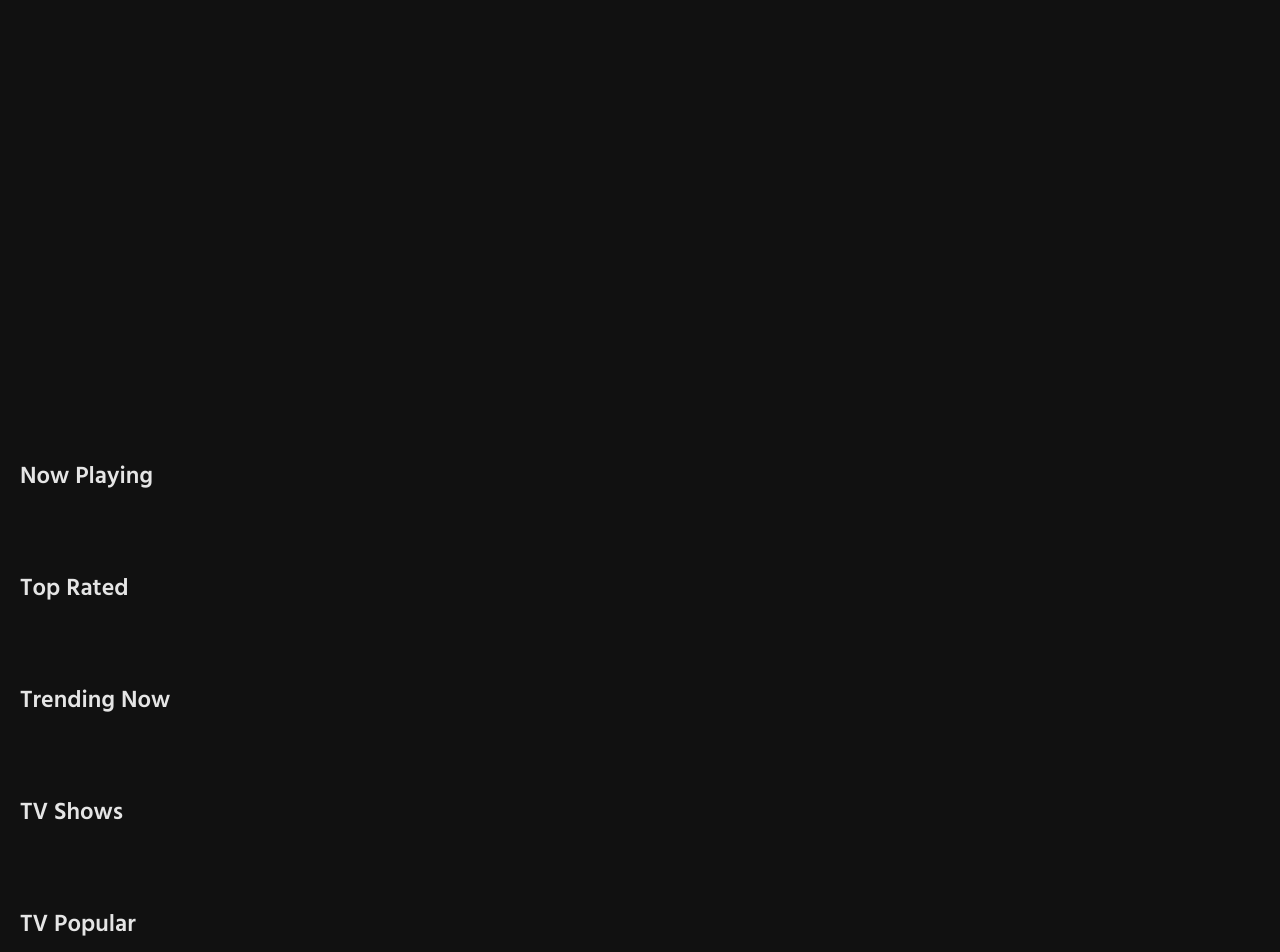
Repository: quynguyenn97/react-movie-app
Page: /
The author's editor kept a copy of each file at every save. The page is drawn from the files as they stood at one save, then again after the next save.
The browser window is 1280 px wide. The pictures show the part of the page from y = 379 to 1331 px (the page is 2012 px tall).
The page's requests for data from a server got no answer. The project was rebuilt for these pictures with package versions that can differ from the ones it lists, and the page was loaded fresh each time. No one was signed in, and anything a server would have sent is missing. Also part of the build but not shown: src/banner/Banner.scss, src/hook/useDebounce.js, src/components/button/Button.js, src/components/shows/ShowsCard.js, src/pages/ShowPage.js, src/pages/ShowDetailPage.js, src/components/movie/MovieCard.scss.

Above is the page before, as saved 2022-10-19 18:37:39.

### public/index.html
<!DOCTYPE html>
<html lang="en">
    <head>
        <meta charset="utf-8" />
        <link rel="icon" href="%PUBLIC_URL%/favicon.ico" />
        <meta name="viewport" content="width=device-width, initial-scale=1" />
        <meta name="theme-color" content="#000000" />
        <meta
            name="description"
            content="Web site created using create-react-app" />
        <link rel="apple-touch-icon" href="%PUBLIC_URL%/logo192.png" />
        <!--
      manifest.json provides metadata used when your web app is installed on a
      user's mobile device or desktop. See https://developers.google.com/web/fundamentals/web-app-manifest/
    -->
        <link rel="manifest" href="%PUBLIC_URL%/manifest.json" />
        <!--
      Notice the use of %PUBLIC_URL% in the tags above.
      It will be replaced with the URL of the `public` folder during the build.
      Only files inside the `public` folder can be referenced from the HTML.

      Unlike "/favicon.ico" or "favicon.ico", "%PUBLIC_URL%/favicon.ico" will
      work correctly both with client-side routing and a non-root public URL.
      Learn how to configure a non-root public URL by running `npm run build`.
    -->
        <link rel="preconnect" href="https://fonts.googleapis.com" />
        <link rel="preconnect" href="https://fonts.gstatic.com" crossorigin />
        <link
            href="https://fonts.googleapis.com/css2?family=Hind:wght@400;500;600&display=swap"
            rel="stylesheet" />
        <title>React App</title>
    </head>
    <body>
        <noscript>You need to enable JavaScript to run this app.</noscript>
        <div id="root"></div>
        <!--
      This HTML file is a template.
      If you open it directly in the browser, you will see an empty page.

      You can add webfonts, meta tags, or analytics to this file.
      The build step will place the bundled scripts into the <body> tag.

      To begin the development, run `npm start` or `yarn start`.
      To create a production bundle, use `npm run build` or `yarn build`.
    --></body>
</html>

### src/index.js
import React from "react";
import ReactDOM from "react-dom/client";
import "./index.scss";
import App from "./App";
import reportWebVitals from "./reportWebVitals";
import { BrowserRouter } from "react-router-dom";

const root = ReactDOM.createRoot(document.getElementById("root"));
root.render(
    <BrowserRouter>
        <React.StrictMode>
            <App />
        </React.StrictMode>
    </BrowserRouter>
);

// If you want to start measuring performance in your app, pass a function
// to log results (for example: reportWebVitals(console.log))
// or send to an analytics endpoint. Learn more: https://bit.ly/CRA-vitals
reportWebVitals();

### src/index.scss
@tailwind base;
@tailwind components;
@tailwind utilities;

@layer base {
    body {
        @apply bg-[#111111] font-body   text-white;
    }
}
@layer components {
    .page-container {
        max-width: 1280px;
        @apply mx-auto;
    }
    .movie-list .swiper-slide {
        width: 300px;
        height: auto;
    }
    .banner .swiper {
        height: 100%;
    }
    .btn {
        box-shadow: 0 0 3px 3px rgba(#fc2872, 0.3);
    }
    .btn-custom {
        background: linear-gradient(107.61deg, #00a7b4 15.59%, #a4d96c 87.25%);
        border-radius: 8px;
        box-shadow: 0 0 3px 3px rgba(#a4d96c, 0.3);
    }
    .contact :hover {
        color: #a4d96c;
    }
}
.pagination {
    display: none;
}
.skeleton {
    background-color: #eee;
    background-image: linear-gradient(
        110deg,
        #ececec 8%,
        #f5f5f5 18%,
        #ececec 33%
    );
    background-size: 200% 100%;
    animation: 1.5s shine linear infinite;
}

@keyframes shine {
    to {
        background-position-x: -200%;
    }
}
@media (min-width: 640px) {
    .pagination {
        display: flex;
        align-items: center;
        justify-content: center;
        gap: 20px;
        .selected {
            @apply text-primary;
        }
    }
}

### src/App.js
import { Fragment, lazy, Suspense } from "react";
import Banner from "./banner/Banner";
import "swiper/scss";
import "swiper/css/autoplay";
import { Route, Routes } from "react-router-dom";
import Main from "./layout/Main";
import ShowPage from "./pages/ShowPage";
import ShowDetailsPage from "./pages/ShowDetailPage";
const HomePage = lazy(() => import("./pages/HomePage"));
const MovieDetailsPage = lazy(() => import("./pages/MovieDetailsPage"));
const MoviePage = lazy(() => import("./pages/MoviePage"));

function App() {
    return (
        <Fragment>
            <Suspense fallback={<></>}>
                <Routes>
                    <Route element={<Main></Main>}>
                        <Route
                            path="/"
                            element={
                                <>
                                    <Banner></Banner>
                                    <HomePage></HomePage>
                                </>
                            }></Route>
                        <Route
                            path="/movies"
                            element={<MoviePage></MoviePage>}></Route>
                        <Route
                            path="/movie/:movieId"
                            element={
                                <MovieDetailsPage></MovieDetailsPage>
                            }></Route>
                        <Route
                            path="/shows"
                            element={<ShowPage></ShowPage>}></Route>
                        <Route
                            path="/show/:showId"
                            element={
                                <ShowDetailsPage></ShowDetailsPage>
                            }></Route>
                    </Route>
                </Routes>
            </Suspense>
        </Fragment>
    );
}

export default App;

### src/layout/Main.js
import React, { Fragment } from "react";
import Header from "./Header";
import { Outlet } from "react-router-dom";
const Main = () => {
    return (
        <Fragment>
            <Header></Header>
            <Outlet></Outlet>
        </Fragment>
    );
};

export default Main;

### src/pages/HomePage.js
import React, { Fragment } from "react";
import MovieList from "../components/movie/MovieList";
import ShowsList from "../components/shows/ShowsList";
import Footer from "../layout/Footer";
const HomePage = () => {
    return (
        <Fragment>
            <section className="movies-layout px-5 pb-20">
                <h2 className="text-[#e5e5e5] capitalize text-2xl  sm:text-2xl font-bold">
                    Now playing
                </h2>
                <MovieList></MovieList>
                <div className="movie-list grid grid-cols-4 gap-10 px-5"></div>
            </section>
            <section className="movies-layout px-5 pb-20">
                <h2 className="text-[#e5e5e5] capitalize  text-2xl sm:text-2xl font-bold">
                    Top Rated
                </h2>
                <MovieList type="top_rated"></MovieList>
            </section>
            <section className="movies-layout px-5 pb-20">
                <h2 className="text-[#e5e5e5] capitalize text-2xl sm:text-2xl font-bold">
                    Trending Now
                </h2>
                <MovieList type="popular"></MovieList>
            </section>

            <section className="movies-layout px-5 pb-20">
                <h2 className="text-[#e5e5e5] capitalizetext-2xl sm:text-2xl font-bold">
                    TV Shows
                </h2>
                <ShowsList></ShowsList>
            </section>
            <section className="movies-layout px-5 pb-20">
                <h2 className="text-[#e5e5e5] capitalize text-2xl sm:text-2xl font-bold">
                    TV Popular
                </h2>
                <ShowsList type="popular"></ShowsList>
            </section>
            <section className="movies-layout px-5 pb-20">
                <h2 className="text-[#e5e5e5] capitalize text-2xl sm:text-2xl font-bold">
                    TV On The Air
                </h2>
                <ShowsList type="on_the_air"></ShowsList>
            </section>
            <Footer />
        </Fragment>
    );
};

export default HomePage;

### src/config.js
export const fetcher = (...args) => fetch(...args).then((res) => res.json());
export const apiKey = "5b6bd71d2eb24fb649d55629a64802ff";
const tmdbEndpoint = "https://api.themoviedb.org/3/movie";
const tmdbEndpointTV = "https://api.themoviedb.org/3/tv";
const tmdbEndpointSearch = "https://api.themoviedb.org/3/search/movie";
const tmdbEndpointSearchTV = "https://api.themoviedb.org/3/search/tv";
export const tmdbAPI = {
    getMovieList: (type, page = 2) =>
        `${tmdbEndpoint}/${type}?api_key=${apiKey}&page=${page}`,
    getMovieDetails: (movieId) =>
        `${tmdbEndpoint}/${movieId}?api_key=${apiKey}`,
    getMovieMeta: (movieId, type) =>
        `${tmdbEndpoint}/${movieId}/${type}?api_key=${apiKey}`,
    getMovieSearch: (query, page) =>
        `${tmdbEndpointSearch}?api_key=${apiKey}&query=${query}&page=${page}`,
    getTVList: (type, page = 1) =>
        `${tmdbEndpointTV}/${type}?api_key=${apiKey}&page=${page}`,
    getTVSearch: (query, page) =>
        `${tmdbEndpointSearchTV}?api_key=${apiKey}&query=${query}&page=${page}`,
    getTVDetails: (showId) => `${tmdbEndpointTV}/${showId}?api_key=${apiKey}`,
    getTVMeta: (showId, type) =>
        `${tmdbEndpointTV}/${showId}/${type}?api_key=${apiKey}`,

    imageOriginal: (url) => `https://image.tmdb.org/t/p/original/${url}`,
    image500: (url) => `https://image.tmdb.org/t/p/w500/${url}`,
};

### src/components/movie/MovieList.js
import React, { useEffect, useState } from "react";
import { SwiperSlide, Swiper } from "swiper/react";
import useSWR from "swr";
import { fetcher } from "../../config";
import MovieCard, { MovieCardSkeleton } from "./MovieCard";
import { tmdbAPI } from "../../config";

const MovieList = ({ type = "now_playing" }) => {
    const { data, error } = useSWR(tmdbAPI.getMovieList(type), fetcher);
    const isLoading = !data && !error;
    const movie = data?.results || [];
    return (
        <div className="movie-list">
            {isLoading && (
                <>
                    <Swiper
                        grabCursor={"true"}
                        spaceBetween={40}
                        slidesPerView={"auto"}>
                        <SwiperSlide>
                            <MovieCardSkeleton></MovieCardSkeleton>
                        </SwiperSlide>
                        <SwiperSlide>
                            <MovieCardSkeleton></MovieCardSkeleton>
                        </SwiperSlide>
                        <SwiperSlide>
                            <MovieCardSkeleton></MovieCardSkeleton>
                        </SwiperSlide>
                        <SwiperSlide>
                            <MovieCardSkeleton></MovieCardSkeleton>
                        </SwiperSlide>
                        <SwiperSlide>
                            <MovieCardSkeleton></MovieCardSkeleton>
                        </SwiperSlide>
                    </Swiper>
                </>
            )}
            {!isLoading && (
                <Swiper
                    grabCursor={"true"}
                    spaceBetween={10}
                    slidesPerView={"auto"}>
                    {movie &&
                        movie.length > 0 &&
                        movie.map((item) => {
                            return (
                                <SwiperSlide key={`movie-${item.id}`}>
                                    <MovieCard item={item}></MovieCard>
                                </SwiperSlide>
                            );
                        })}
                </Swiper>
            )}
        </div>
    );
};

export default MovieList;

### src/components/shows/ShowsList.js
import React from "react";
import { SwiperSlide, Swiper } from "swiper/react";
import useSWR from "swr";
import { fetcher } from "../../config";
import { MovieCardSkeleton } from "../movie/MovieCard";
import { tmdbAPI } from "../../config";
import ShowsCard from "./ShowsCard";

const ShowList = ({ type = "top_rated" }) => {
    const { data, error } = useSWR(tmdbAPI.getTVList(type), fetcher);
    const isLoading = !data && !error;
    const show = data?.results || [];
    return (
        <div className="movie-list">
            {isLoading && (
                <>
                    <Swiper
                        grabCursor={"true"}
                        spaceBetween={40}
                        slidesPerView={"auto"}>
                        <SwiperSlide>
                            <MovieCardSkeleton></MovieCardSkeleton>
                        </SwiperSlide>
                        <SwiperSlide>
                            <MovieCardSkeleton></MovieCardSkeleton>
                        </SwiperSlide>
                        <SwiperSlide>
                            <MovieCardSkeleton></MovieCardSkeleton>
                        </SwiperSlide>
                        <SwiperSlide>
                            <MovieCardSkeleton></MovieCardSkeleton>
                        </SwiperSlide>
                        <SwiperSlide>
                            <MovieCardSkeleton></MovieCardSkeleton>
                        </SwiperSlide>
                    </Swiper>
                </>
            )}
            {!isLoading && (
                <Swiper
                    grabCursor={"true"}
                    spaceBetween={40}
                    slidesPerView={"auto"}>
                    {show &&
                        show.length > 0 &&
                        show.map((item) => {
                            return (
                                <SwiperSlide key={`movie-${item.id}`}>
                                    <ShowsCard item={item}></ShowsCard>
                                </SwiperSlide>
                            );
                        })}
                </Swiper>
            )}
        </div>
    );
};

export default ShowList;

### src/layout/Footer.js
import React from "react";

const Footer = () => {
    return (
        <div className="w-full h-[500px] relative">
            <img
                src="https://movie-clone-sigma.vercel.app/static/media/footer-bg.67e95f05e76a8cebf7e2.jpg"
                alt=""
                className="object-cover h-[500px] w-full absolute"
            />
            <h3 className="text-[#fc2872] absolute text-2xl font-bold bottom-[45%] left-[25%] sm:left-[45%] contact">
                <a href="https://www.facebook.com/nguyenhoangtrongquy/">
                    Contact Me
                </a>
            </h3>
        </div>
    );
};

export default Footer;

### src/layout/Header.scss
.navbar active {
    background-color: white;
}
.left-input {
    font-size: 15px;
    border: none;
    color: #fff;
    outline: none;
    width: 0px;
    padding: 5px;
    background: #111111;
    border: 1px solid #fff;
    transition: width 0.5s;
    cursor: pointer;
    opacity: 0;
    z-index: 10;

    &:focus {
        padding-left: 15px;
        width: 250px;
        cursor: text;
        opacity: 1;
        padding-left: 30px;
        z-index: -1;
    }
}
.logo {
    cursor: pointer;
}
.search {
    top: 5px;
    cursor: pointer;
}

### src/components/loading/LoadingSkeleton.js
import React from "react";

const LoadingSkeleton = (props) => {
    return (
        <div
            className={`skeleton ${props.className}`}
            style={{
                height: props.height,
                width: props.width || "100%",
                borderRadius: props.radius,
            }}></div>
    );
};

export default LoadingSkeleton;

### tailwind.config.js
/** @type {import('tailwindcss').Config} */
module.exports = {
    content: ["./src/**/*.{js,jsx,ts,tsx}"],
    theme: {
        extend: {
            fontFamily: {
                body: ["Hind", "sans-serif"],
            },
            colors: {
                primary: "#FC2872",
                secondary: "#6F5CF1",
            },
        },
    },
    plugins: [],
};

Loaded but not shown: src/reportWebVitals.js (common file); src/layout/Header.js (121 lines, source omitted); src/banner/Banner.js (105 lines, source omitted); src/components/movie/MovieCard.js (88 lines, source omitted)

After the next save:
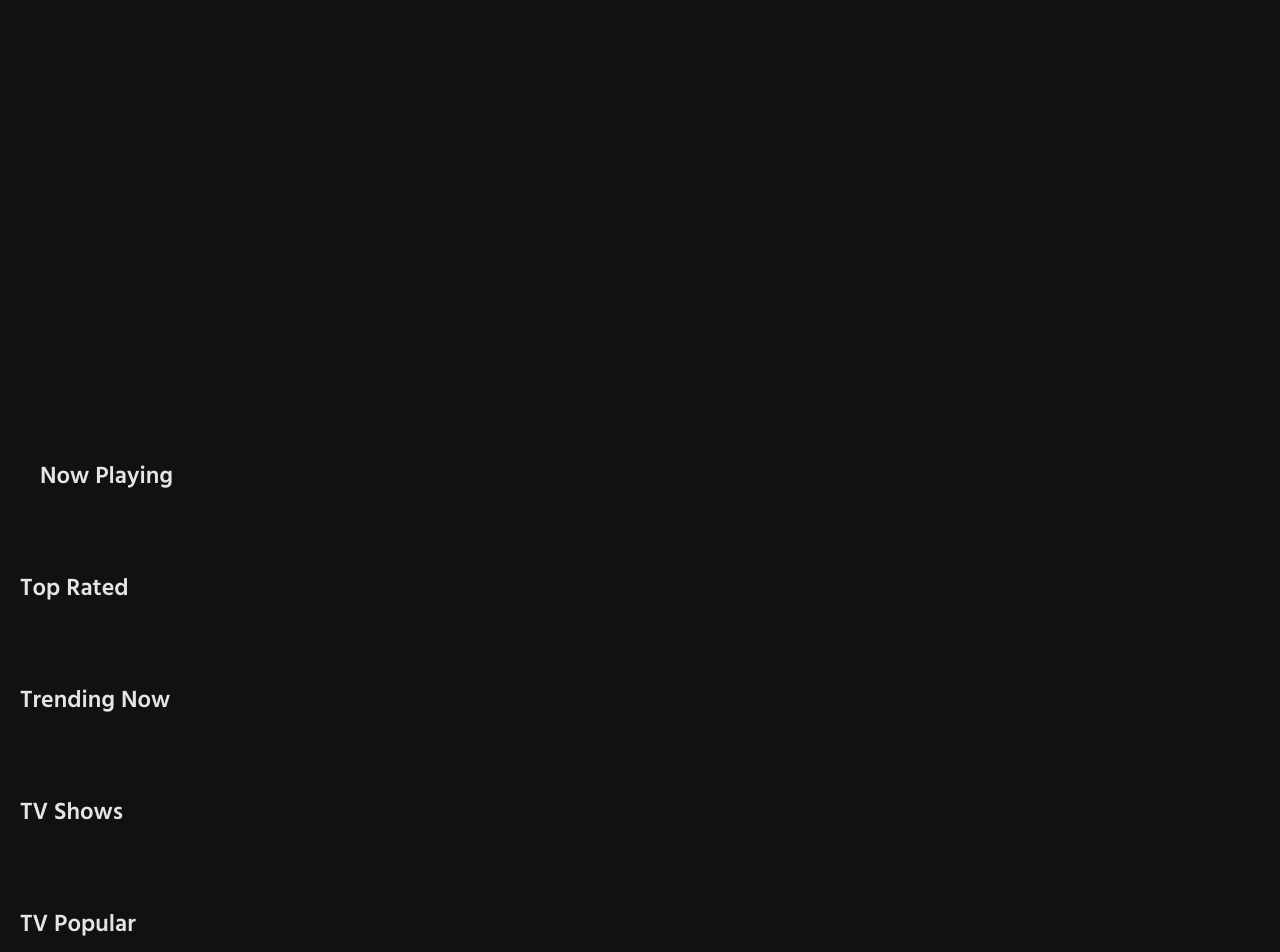
Saved 19 s later.
--- a/src/pages/HomePage.js
+++ b/src/pages/HomePage.js
@@ -5,7 +5,7 @@
 const HomePage = () => {
     return (
         <Fragment>
-            <section className="movies-layout px-5 pb-20">
+            <section className="movies-layout px-10 pb-20">
                 <h2 className="text-[#e5e5e5] capitalize text-2xl  sm:text-2xl font-bold">
                     Now playing
                 </h2>

After the save that followed:
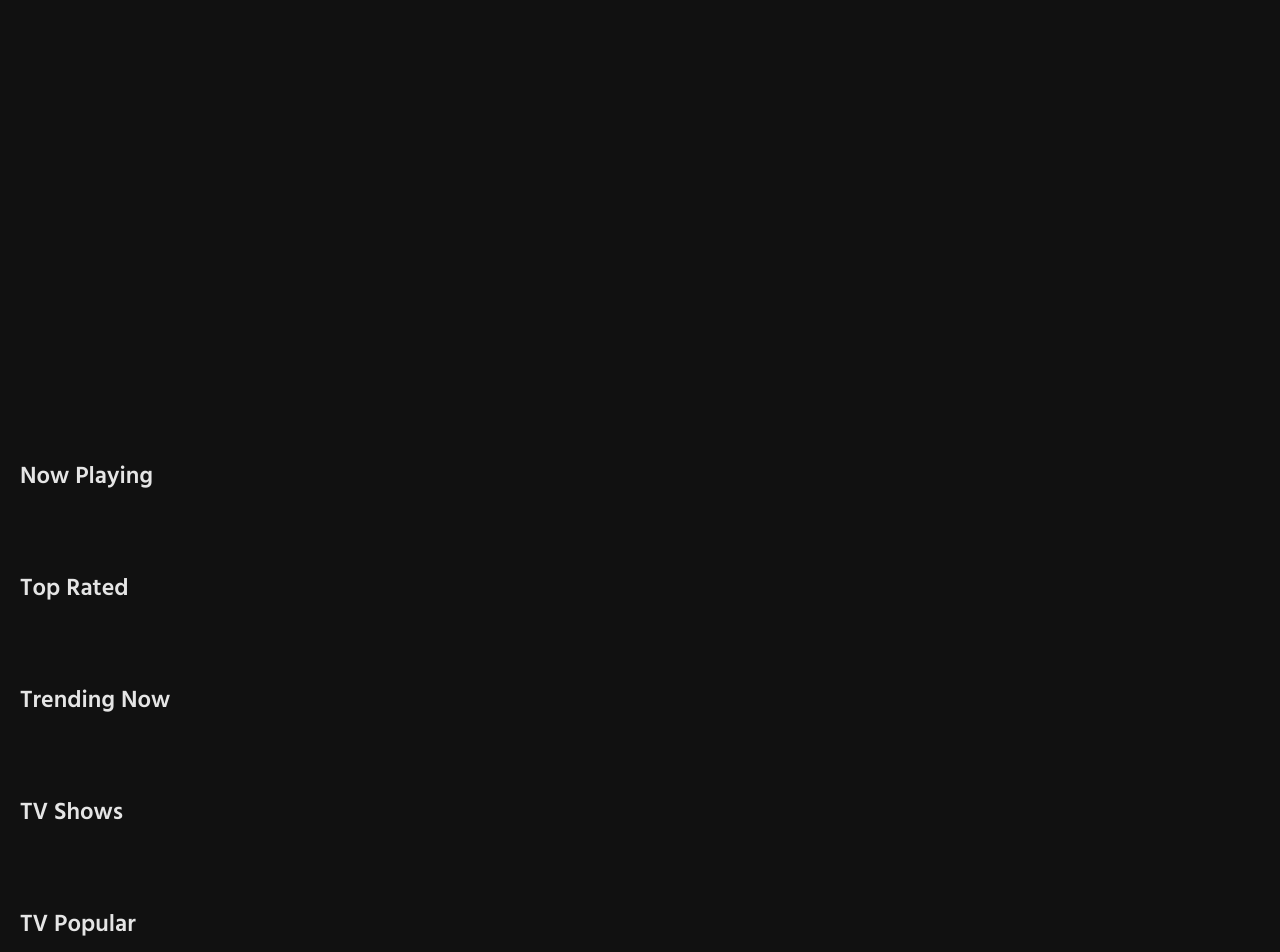
Saved 5 s later.
--- a/src/pages/HomePage.js
+++ b/src/pages/HomePage.js
@@ -5,7 +5,7 @@
 const HomePage = () => {
     return (
         <Fragment>
-            <section className="movies-layout px-10 pb-20">
+            <section className="movies-layout px-5 pb-20">
                 <h2 className="text-[#e5e5e5] capitalize text-2xl  sm:text-2xl font-bold">
                     Now playing
                 </h2>
